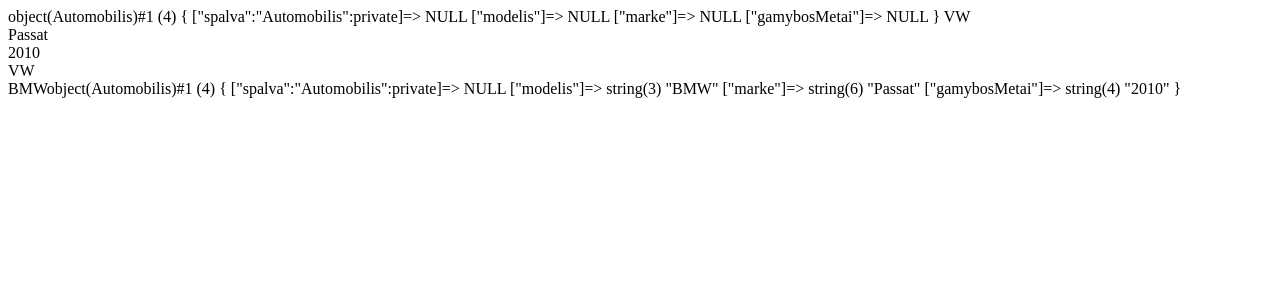
Repository: motiejus1/11-paskaita-PHP-05.31
Page: http://localhost/
An editor plug-in stored every save of this project. The page is shown before and after a run of saves, followed by the edit.
The browser window is 1280 px wide. The pictures show the whole page.
The page is run by PHP 8.4 with error messages shown; the project is at /var/www/html/.

Above is the page before, as saved 2021-08-09 18:48:35.

After the next 2 saves:
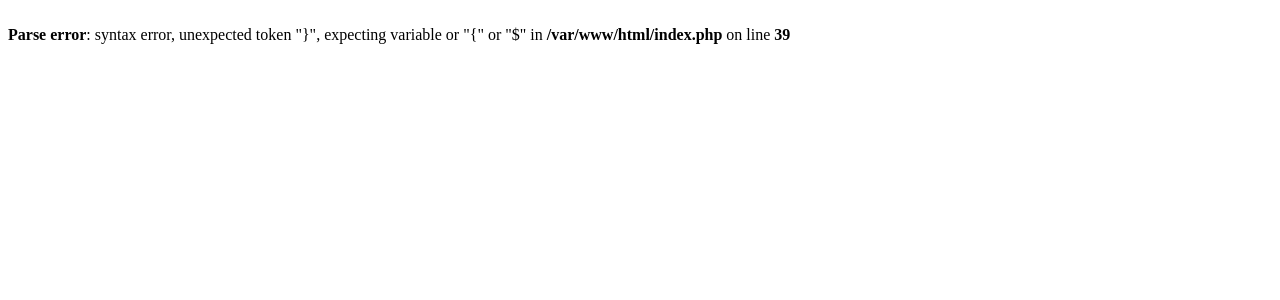
The 2 saves are shown as one change because they came seconds apart.
The last was saved 24 s later.
--- a/index.php
+++ b/index.php
@@ -35,6 +35,7 @@
             $this->modelis = $a;
             $this->marke = $b;
             $this->gamybosMetai = $c;
+            $
         }
     }
 

After the 5 saves that followed:
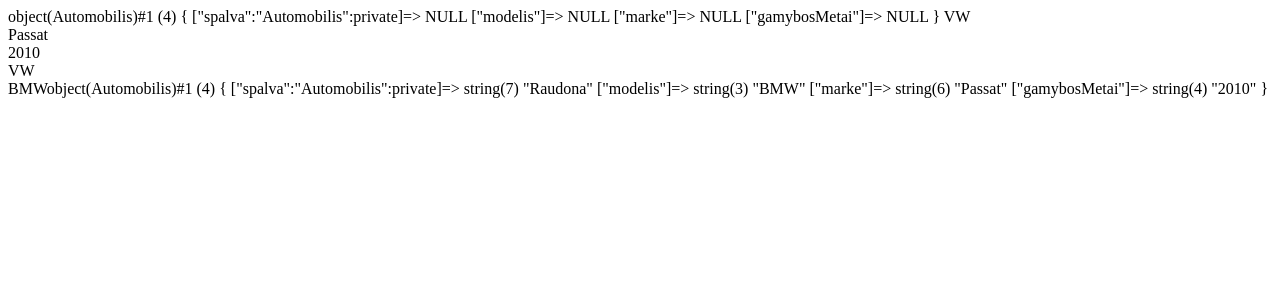
The 5 saves are shown as one change because they came seconds apart.
The last was saved 11 s later.
--- a/index.php
+++ b/index.php
@@ -35,7 +35,7 @@
             $this->modelis = $a;
             $this->marke = $b;
             $this->gamybosMetai = $c;
-            $
+            $this->spalva = "Raudona";
         }
     }
 
